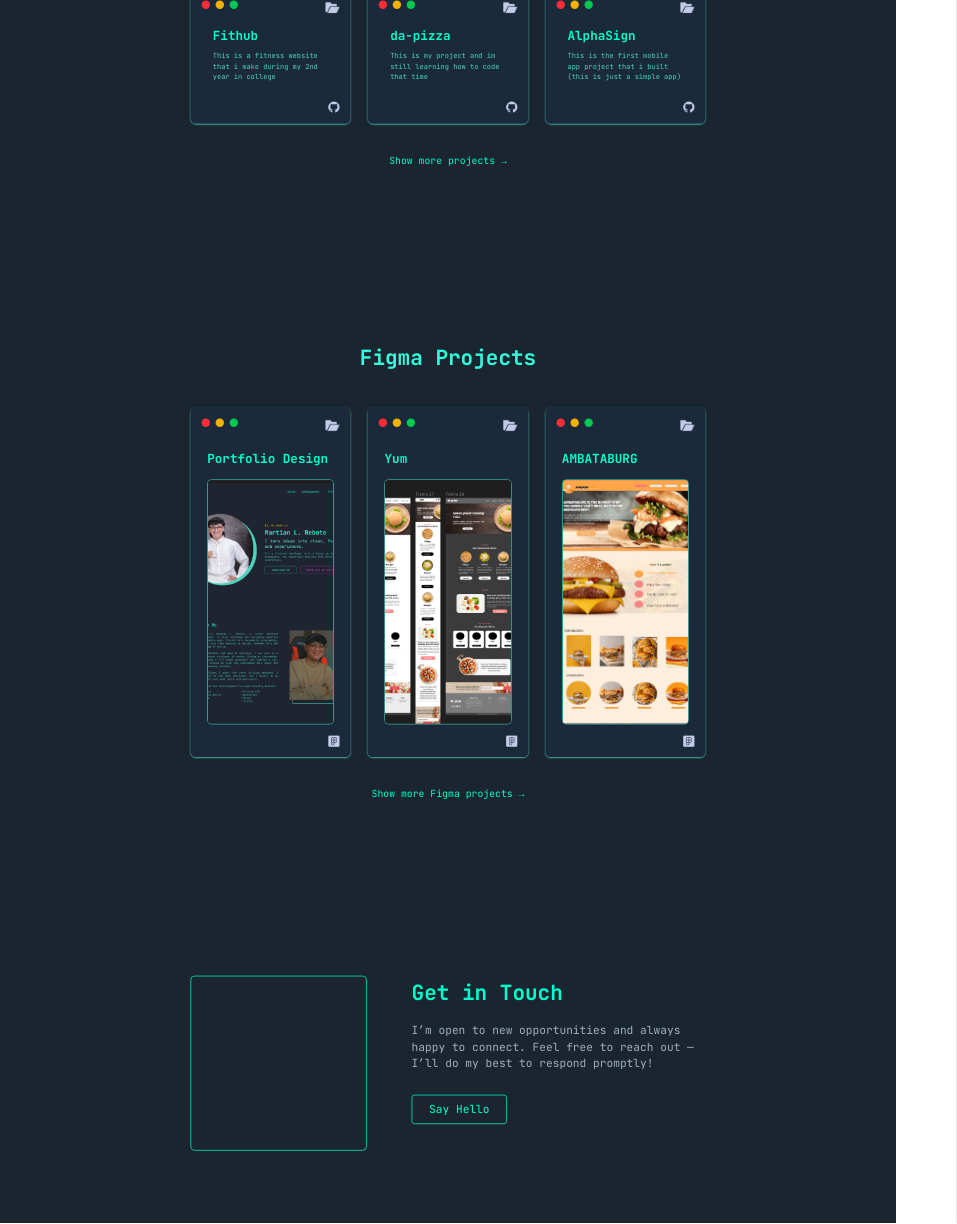
Repository: m4rsu-code/Portfolio
Page: / (app in my-portfolio/)
These files come from the project's save history. The page is drawn as it stood at one moment and after the next save; the edit follows.
The browser window is 1280 px wide. The page is 1367 px wide, so the pictures cover 1367 px, including what lies to the right of the window. The pictures show the part of the page from y = 3207 to 4967 px (the page is 4955 px tall before and 4967 px after), at 70% of full size.
The project was rebuilt for these pictures with package versions that can differ from the ones it lists, and the page was loaded fresh each time. Also part of the build but not shown: my-portfolio/vite.config.js, my-portfolio/src/assets/components/Modal/AchievementModal.jsx, my-portfolio/src/AchievementsPage.jsx, my-portfolio/src/ProjectPage.jsx, my-portfolio/src/FigmaProjectsPage.jsx.

Above is the page before, as saved 2025-08-04 18:17:15.

After the next save:
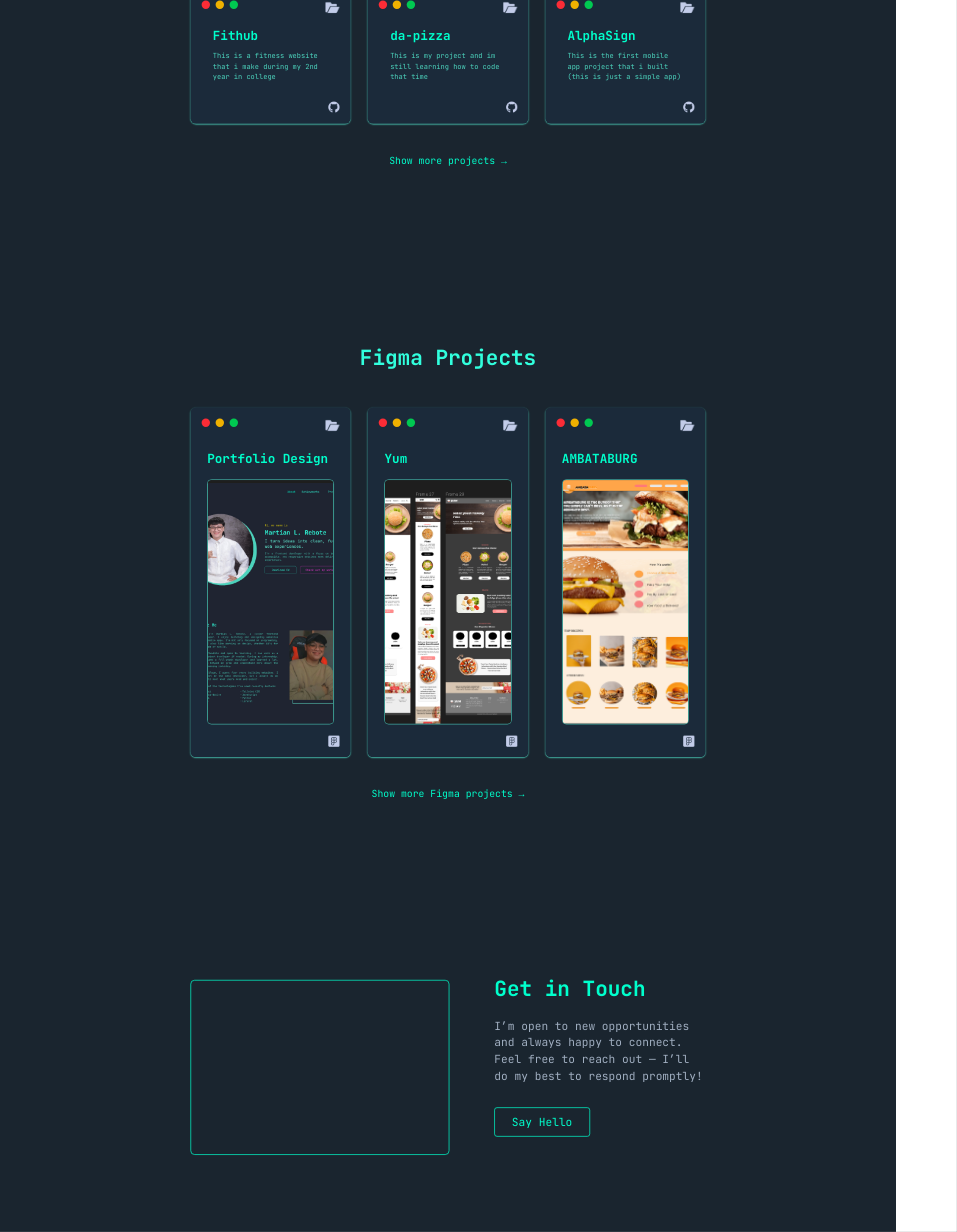
Saved 6 s later.
--- a/my-portfolio/src/App.jsx
+++ b/my-portfolio/src/App.jsx
@@ -336,7 +336,7 @@ function App() {
           <div className="flex  items-center justify-center gap-16 max-w-6xl w-full">
 
             {/* Left side — the outlined box */}
-            <div className="border border-[#00FFCC] md:w-[440px] md:h-[250px] rounded-md"></div>
+            <div className="border border-[#00FFCC] md:w-[900px] md:h-[250px] rounded-md"></div>
 
             {/* Right side — text, button, and icons */}
             <div className="w-full text-center md:text-left">
